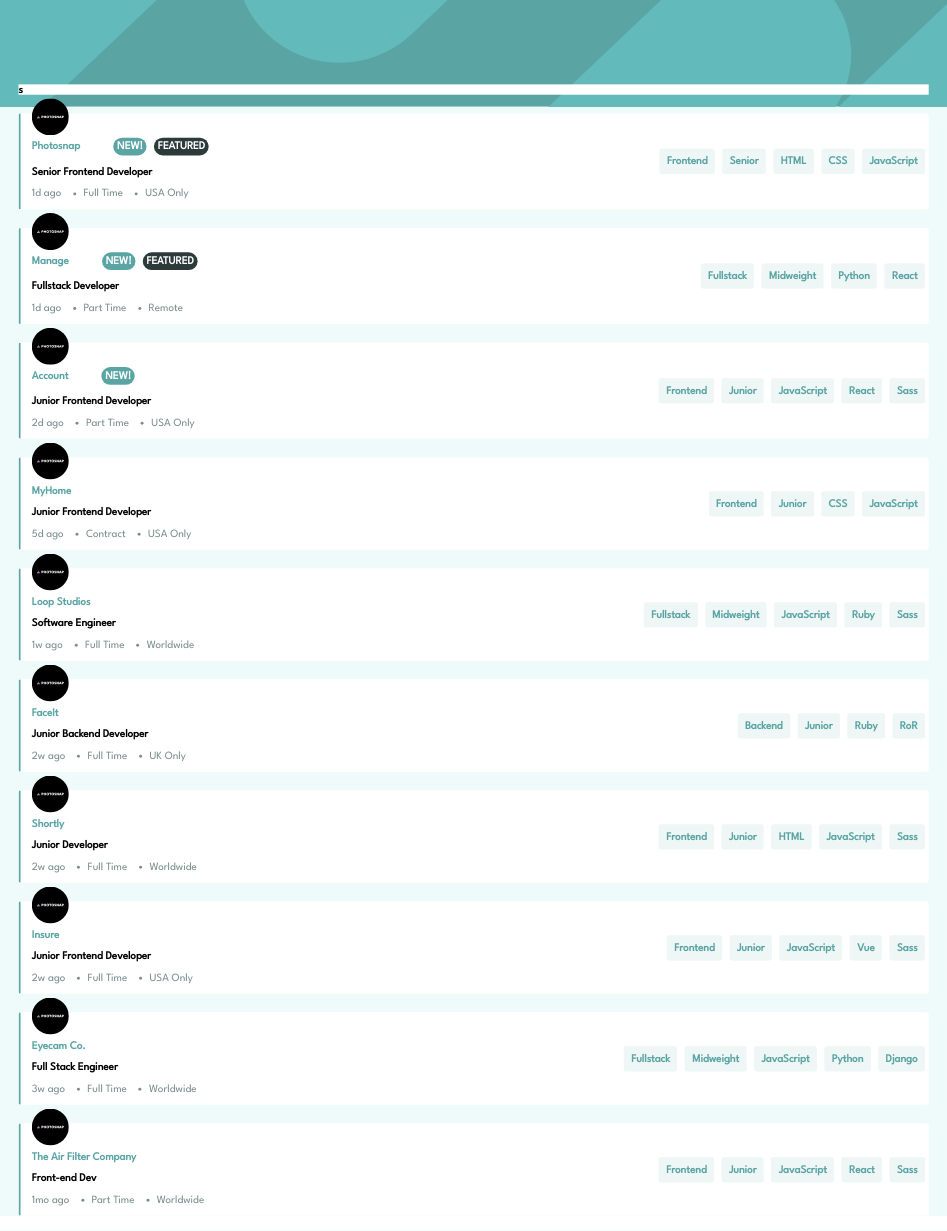
Repository: DevLaukey/job-listing
Page: /
These files come from the project's save history. The page is drawn as it stood at one moment and after the next save; the edit follows.
The browser window is 1280 px wide. The pictures show the whole page, at 74% of full size.
Some web fonts or font styles are not loaded; a fallback is used. The project was rebuilt for these pictures with package versions that can differ from the ones it lists, and the page was loaded fresh each time.

Above is the page before, as saved 2022-06-03 00:44:28.

### src/App.js
import "./App.css";
import Filter from "./components/Filter";
import Header from "./components/Header";
import Tablet from "./components/Tablet";
import data from "./data.json";

function App() {
  const tablets = data.map((data) => <Tablet
    key={data.id}
    company={data.company}
    neew={data.new}
    featured={data.featured}
    position={data.position}
    role={data.role}
    level={data.level}
    postedAt={data.postedAt}
    contract={data.contract}
    location={data.location}
    languages={data.languages}
    tools={data.tools}
    logo={data.logo} />);
  return (
    <div className="App">
      <Header />
      <Filter />
      <div className="content">{tablets}</div>
    </div>
  );
}

export default App;

### src/App.css
@import url('https://fonts.googleapis.com/css2?family=Grape+Nuts&family=League+Spartan&display=swap');
*{
  margin: 0;
  padding: 0;
  box-sizing: border-box;
}
.App{
  background-color: hsl(180, 52%, 96%);
  font-size: 15px;
}

### src/components/Filter.js
import React from 'react'

function s() {
  return (
    <div className="tablet filter">s</div>
  )
}

export default s

### src/components/Header.js
import React from 'react'
import "./styles.css"

function Header() {
  return (
    <header className='header'></header>
  )
}

export default Header

### src/components/Tablet.js
import React from "react";
import "./styles.css";
import logos from "./images/photosnap.svg";
function Tablet({ key, company, logo, neew, featured, position, role, level, postedAt, contract, location, languages, tools }) {
    // console.log(logo);
    // const logos = require(logo).default;
    // console.log(logos)
    return (
      <div className="tablet boarder">
        <div className="tablet_content" >
          <img className="image" src={logos} alt="" />

          <div className="heading">
            <div className="company">
              <p>{company}</p>
            </div>
            <div>{neew && <p className="new">NEW!</p>}</div>
            <div>{featured && <p className="featured">FEATURED</p>}</div>
          </div>
          <div className="title">
            <p>{position}</p>
          </div>
          <div className="details">
            <p>{postedAt}</p>
            <ul className="list">
              <li>{contract}</li>
              <li className="country">{location}</li>
            </ul>
          </div>
          <hr className="line" />
        </div>
          <div className="tags">
            <p className="category">{role}</p>
            <p className="category">{level}</p>
            {languages.map((language) => (
              <p className="category"> {language}</p>
            ))}
            {tools.map((tool) => (
              <p className="category"> {tool}</p>
            ))}
          </div>
      </div>
    );
}

export default Tablet;

### src/components/styles.css
.header {
  background-image: url(../assets/bg-header-mobile.svg);
  padding: 10vh;
  background-color: hsl(180, 29%, 50%);
}
.tablet {
    background-color: white;
    margin: 25px 25px 20px 25px;
    font-family: "League Spartan", sans-serif;
    font-weight: 700;
}
.boarder{
    border-left: 3px solid hsl(180, 29%, 50%);
    border-radius: 3px;

}
.tablet_content {
  margin-left: 15px;
  margin-right: 25px;
  align-items: center;
}
.image {
  height: 50px;
  margin-top: -20px;
}
.heading {
  display: flex;
}
.company {
  color: hsl(180, 29%, 50%);
  margin-right: 3em;
  margin-top: 5px;
}
.new {
  background-color: hsl(180, 29%, 50%);
  padding: 5px;
  color: white;
  border-radius: 25px;
  margin-right: 10px;
}
.featured {
  background-color: hsl(180, 14%, 20%);
  padding: 5px;
  color: white;
  border-radius: 25px;
}
.title {
  margin-top: 15px;
}
.details {
  display: flex;
  color: hsl(180, 8%, 52%);
  font-weight: 400;
  margin-top: 15px;
  margin-bottom: 15px;
}
.list {
  display: flex;
  margin-left: 2em;
}
.country {
  margin-left: 2em;
}
.line {
  margin-bottom: 15px;
  color: gray;
}
.tags {
  color: hsl(180, 29%, 50%);
  display: flex;
  flex-wrap: wrap;
}
.category {
  background-color: hsl(180, 31%, 95%);
  padding: 10px;
  border-radius: 3px;
  margin: 5px;
}

.filter{
    margin-top: -30px;
}
/* media query */

@media screen and (min-width: 768px) {
  .header {
    background-image: url(../assets/bg-header-desktop.svg);
  }
  .line {
    display: none;
  }
  .tablet {
    display: flex;
    align-items: center;
    justify-content: space-between;
  }
}

Loaded but not shown: public/index.html (common file); src/index.js (common file); src/index.css (common file); src/reportWebVitals.js (common file); src/data.json (common file)

After the next save:
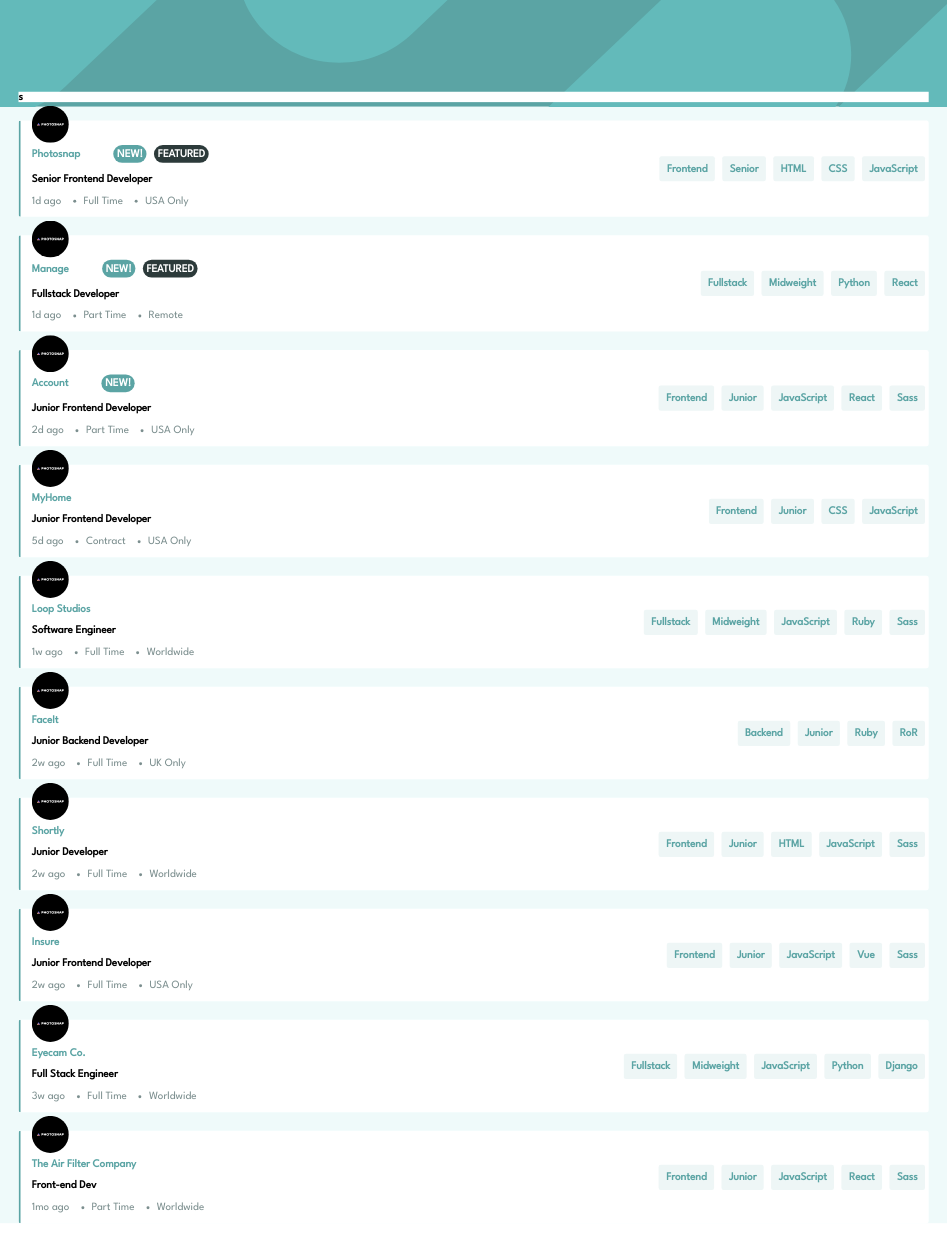
Saved 10 s later.
--- a/src/components/styles.css
+++ b/src/components/styles.css
@@ -78,7 +78,7 @@
 }
 
 .filter{
-    margin-top: -30px;
+    margin-top: -20px;
 }
 /* media query */
 
